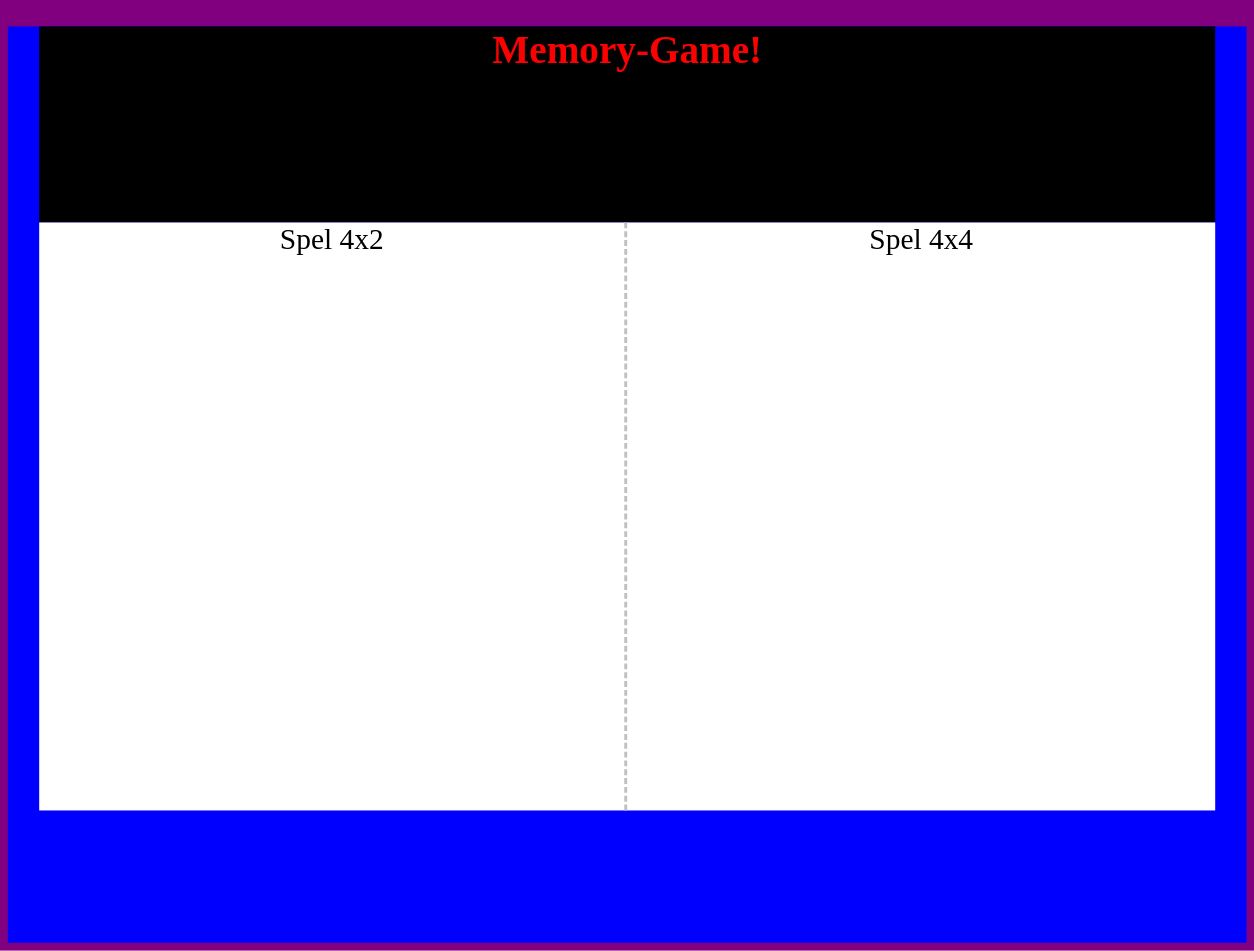
Repository: al223jw/1dv403-laborationer
Page: 3-gameon/memory/index.html
The author's editor kept a record of every edit. The page is drawn from the files as they stood at one moment, then again after the next edit.
The browser window is 1280 px wide. The pictures show the whole page, at 98% of full size.

Above is the page before.
Not found: 3-gameon/memory/script/random.js

After the next edit:
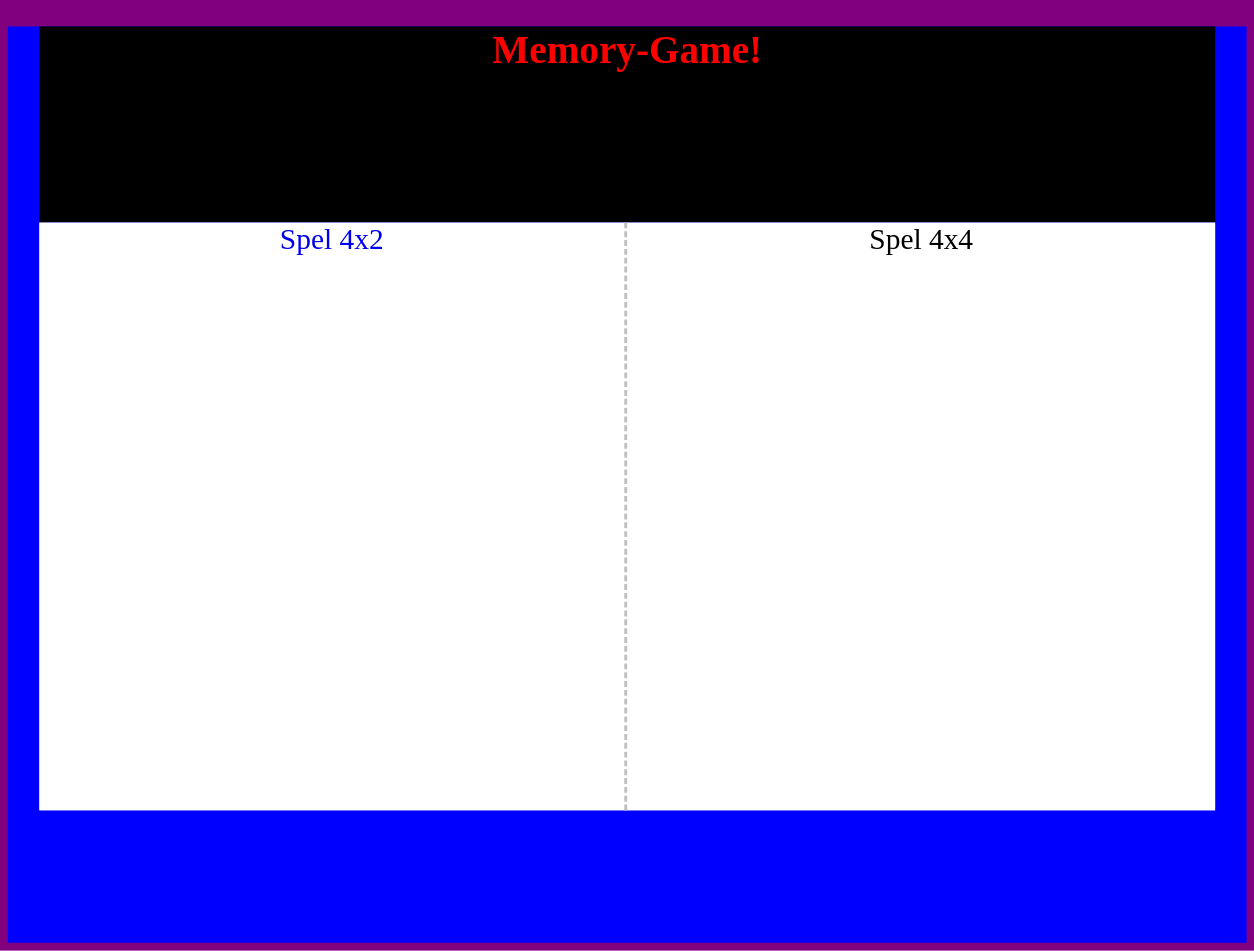
The edit:
--- a/3-gameon/memory/index.html
+++ b/3-gameon/memory/index.html
@@ -16,7 +16,7 @@
             </div>
             <div id="main">
                 <div id="section1">
-                    <div id="header1">Spel 4x2</div>
+                    <a id="startgame1" href="#"><div id="header1">Spel 4x2</div></a>
                 </div>
                 <div id="section2">
                     <a><div id="header2">Spel 4x4</div></a>
